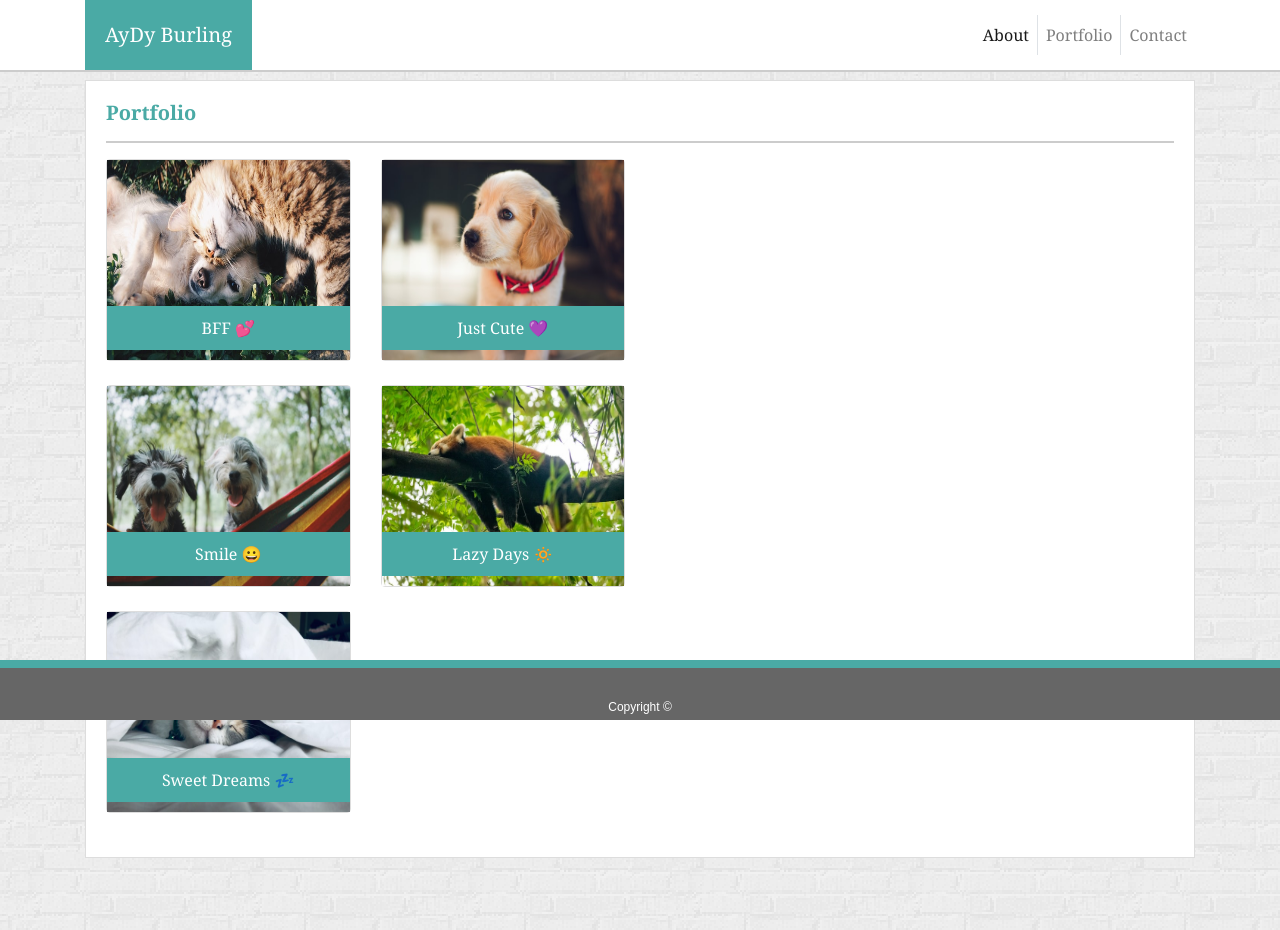
Repository: Dee1985/AyDy-Burling-prework
Page: Module-1_Assessment/portfolio.html
These files come from the project's save history. The page is drawn as it stood at one moment and after the next save; the edit follows.
The browser window is 1280 px wide. The pictures show the whole page.

Above is the page before, as saved 2020-05-22 23:01:22.

After the next save:
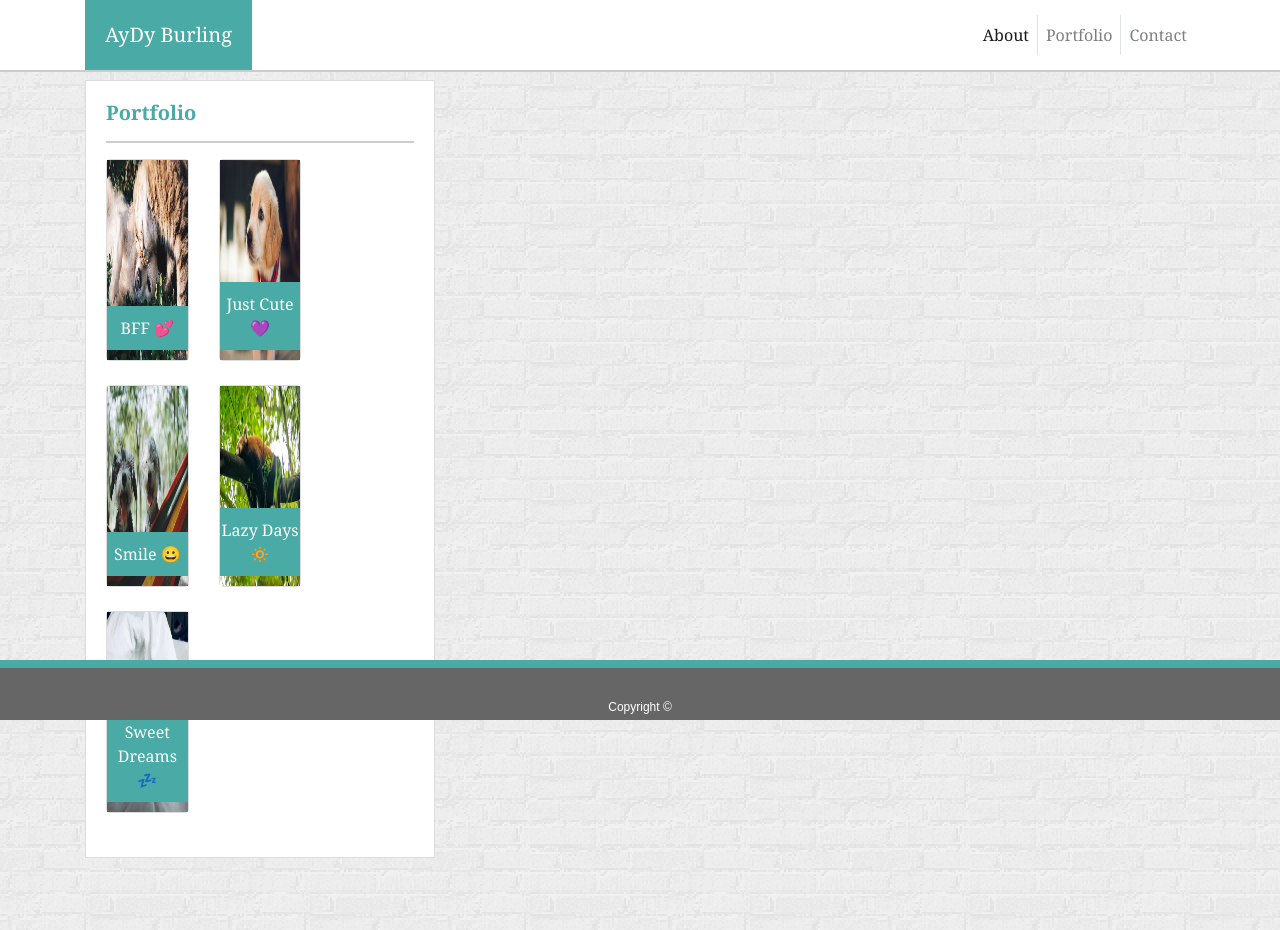
Saved 21 s later.
--- a/Module-1_Assessment/portfolio.html
+++ b/Module-1_Assessment/portfolio.html
@@ -48,7 +48,7 @@
     <section class="card-gallery">
       <div class="container">
         <div class="row">
-          <div class="col mb-4 mt-2">
+          <div class="col-4 mb-4 mt-2">
             <div class="card rounded-0 mb-5">
               <div class="card-body">
               <h5 class="card-title">Portfolio</h5>
@@ -56,7 +56,7 @@
               <!-- start of cards -->
             <div class="row justify-content-start">
               <!-- first card -->
-                <div class="col-3 mb-4">
+                <div class="col-4 mb-4">
                             <div class="card text-white">
                                 <img src="assets/img/krista-mangulsone-9gz3wfHr65U-unsplash.jpg" width="100%" height="200" alt="cat and dog cuddles">
                                 <div class="card-heading text-center">
@@ -65,7 +65,7 @@
                             </div>
                         </div>
                <!-- second card -->
-                <div class="col-3 mb-4">
+                <div class="col-4 mb-4">
                             <div class="card text-white">
                                 <img src="assets/img/berkay-gumustekin-ngqyo2AYYnE-unsplash.jpg" width="100%" height="200" alt="puppy pic">
                                 <div class="card-heading text-center">
@@ -76,7 +76,7 @@
             </div>
                <!-- third card -->
             <div class="row">
-              <div class="col-3 mb-4">
+              <div class="col-4 mb-4">
                             <div class="card text-white">
                                 <img src="assets/img/alvan-nee-FHl79chXS6s-unsplash.jpg" width="100%" height="200px" alt="two dogs smiling">
                                 <div class="card-heading text-center">
@@ -85,7 +85,7 @@
                             </div>
                         </div>
                <!-- fourth card -->
-                   <div class="col-3 mb-4">
+                   <div class="col-4 mb-4">
                             <div class="card text-white">
                                 <img src="assets/img/chris-curry-GYpsSWHslHA-unsplash.jpg" width="100%" height="200px" alt="animal sleeping on branch">
                                 <div class="card-heading text-center">
@@ -96,7 +96,7 @@
                         </div>
                <!-- fifth card -->
                <div class="row justify-content-start">
-                   <div class="col-3 mb-4">
+                   <div class="col-4 mb-4">
                             <div class="card text-white">
                                 <img src="assets/img/kate-stone-matheson-uy5t-CJuIK4-unsplash.jpg" width="100%" height="200px" alt="cat under a blanket">
                                 <div class="card-heading text-center">
